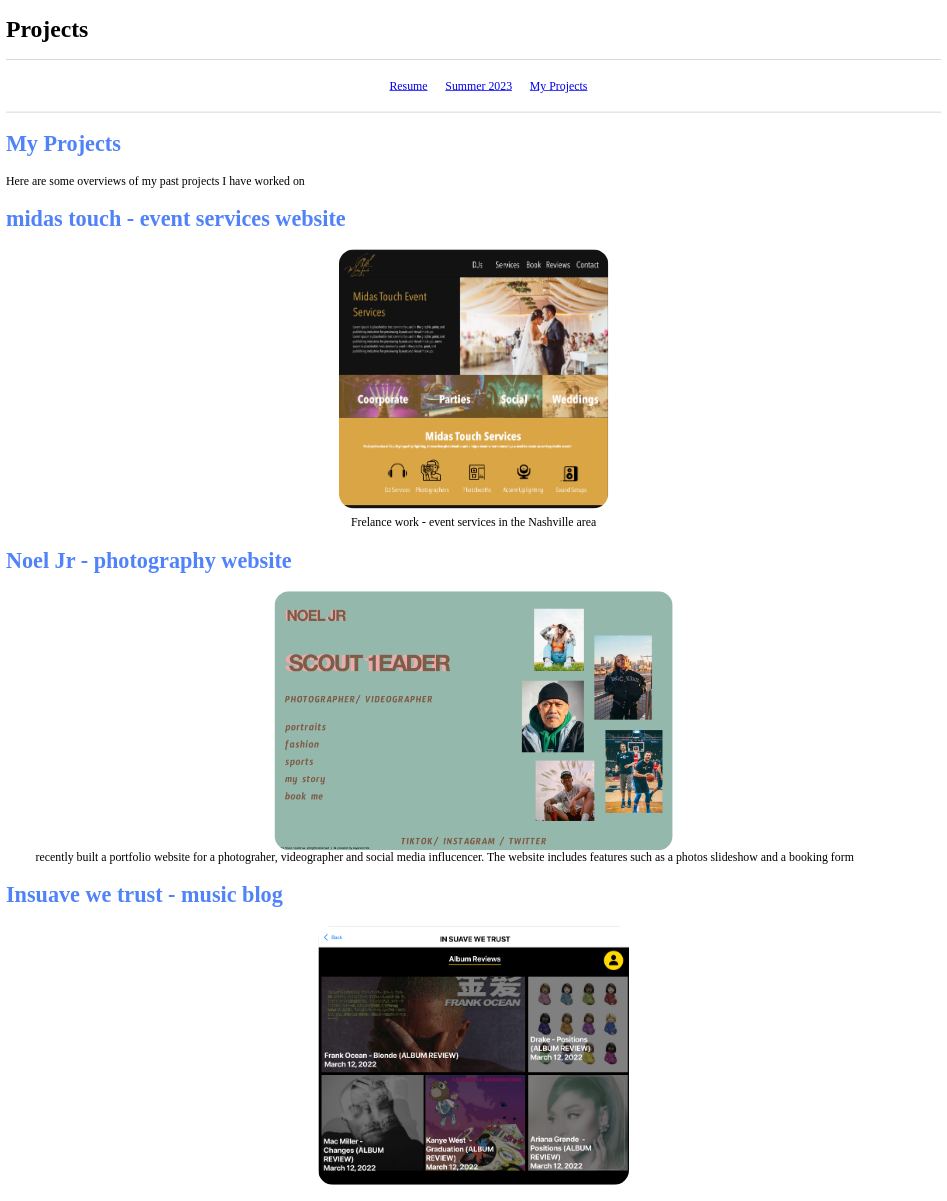
Repository: kayacancode/itm361project1
Page: projects.html
An editor plug-in stored every save of this project. The page is shown before and after the next save, followed by the edit.
The browser window is 1280 px wide. The pictures show the whole page, at 74% of full size.
Some web fonts or font styles are not loaded; a fallback is used.

Above is the page before, as saved 2023-03-04 14:43:53.

After the next save:
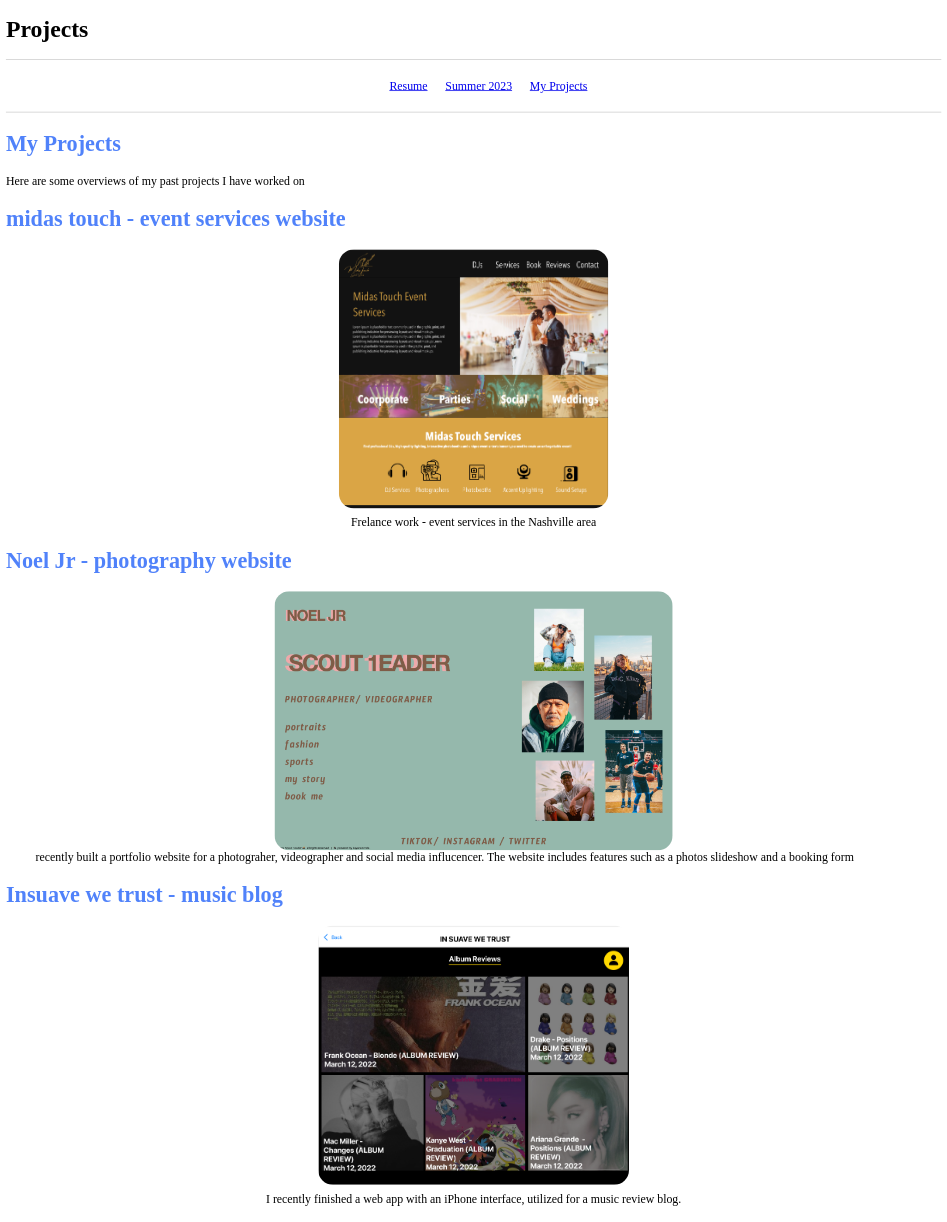
Saved 30 s later.
--- a/projects.html
+++ b/projects.html
@@ -45,6 +45,7 @@
   <h2>Insuave we trust - music blog</h2>
   <figure>
   <img src="images/insuave.png" alt="music blog"  />
+  <figcaption>I recently finished a web app with an iPhone interface, utilized for a music review blog.</figcaption>
 </figure>
 </section>
 </div>
